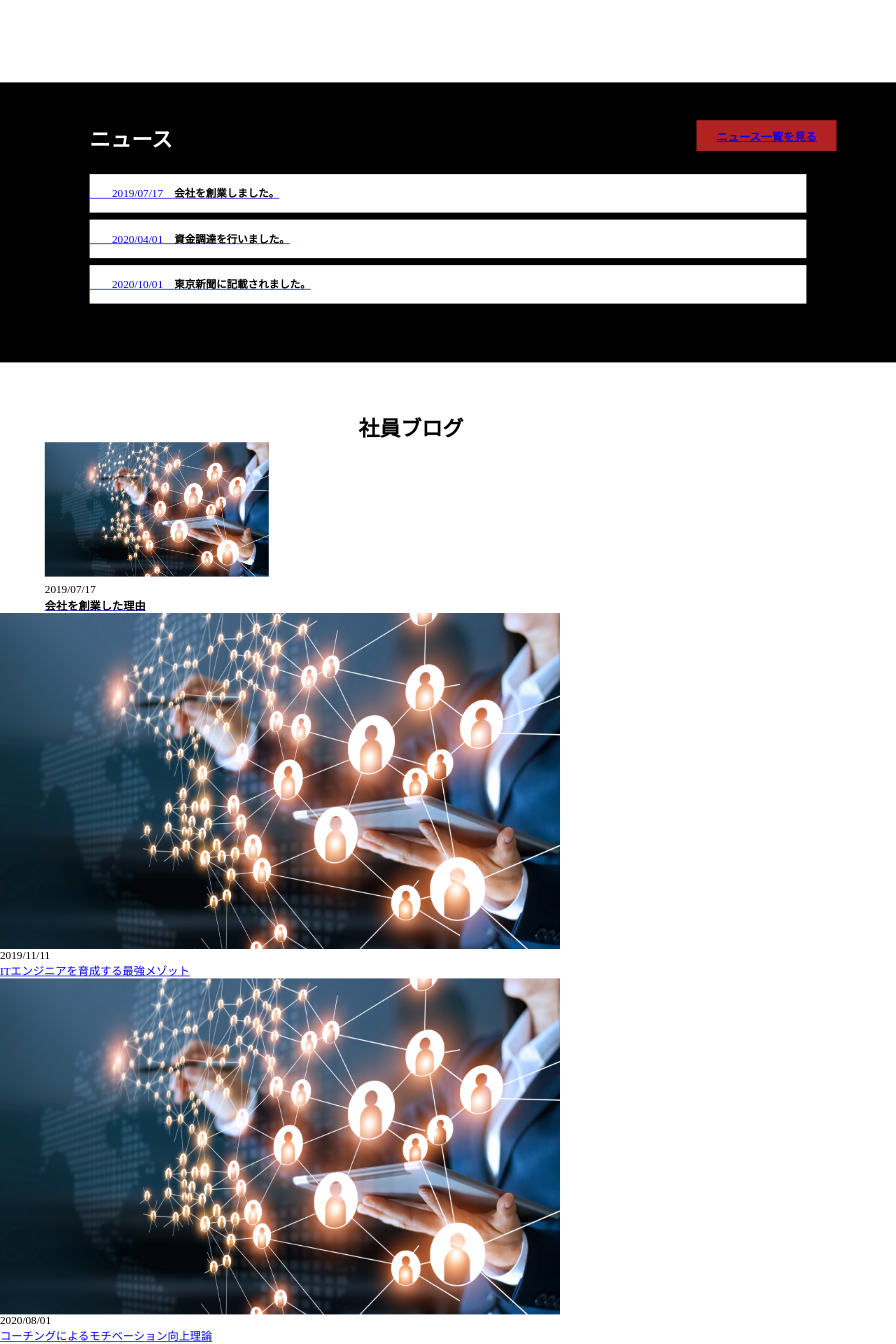
Repository: sigemasaasuka/20211012sigemasa
Page: index.html
The author's editor kept a copy of each file at every save. The page is drawn from the files as they stood at one save, then again after the next save.
The browser window is 1280 px wide. The pictures show the part of the page from y = 1894 to 3814 px (the page is 3814 px tall before and 3526 px after), at 70% of full size.

Above is the page before, as saved 2021-10-19 17:43:13.

After the next save:
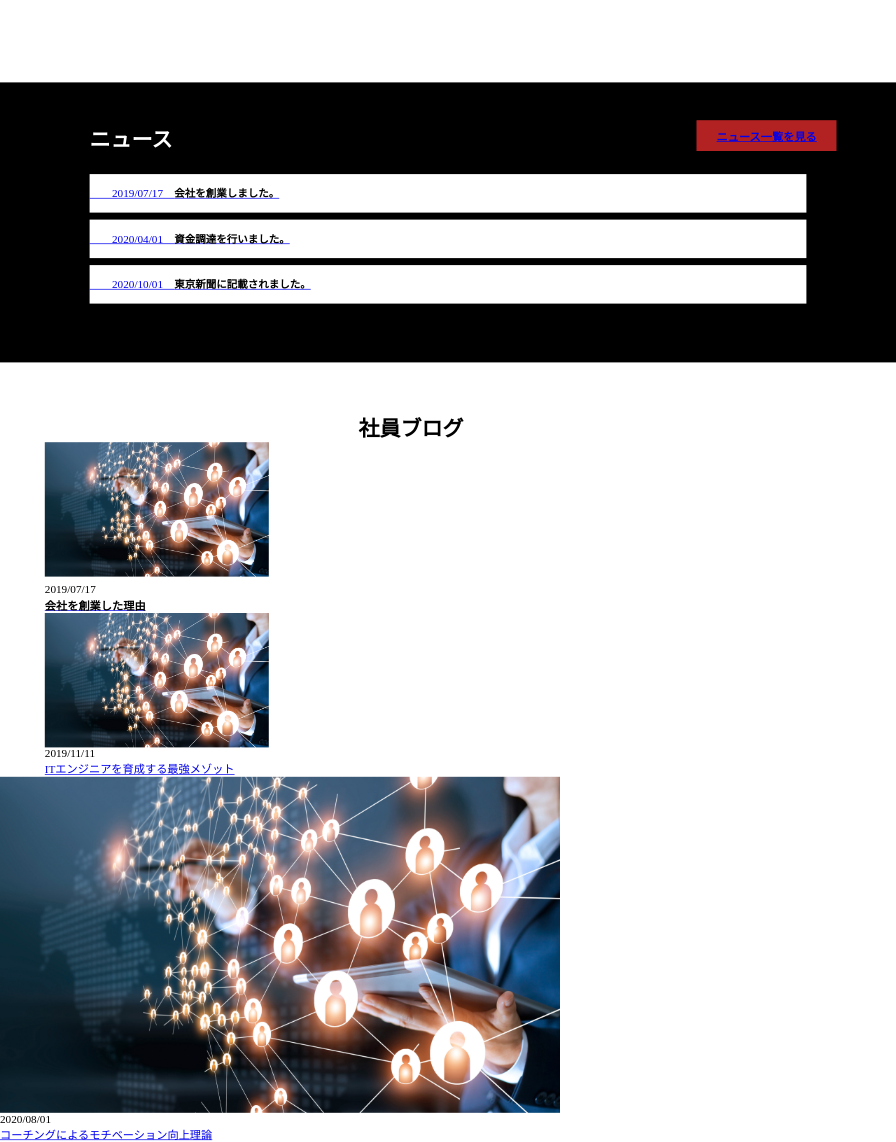
Saved 19 s later.
--- a/index.html
+++ b/index.html
@@ -115,7 +115,7 @@
           <p class="reason">2019/07/17</p>
           <a href="index.html"><p class="reason2">会社を創業した理由</p></a>
         </div>
-        <div class="reason-png1">
+        <div class="reason-png">
           <a href="index.html">
             <img src="img/blog.png" alt="blog">
           </a>

After the 3 saves that followed:
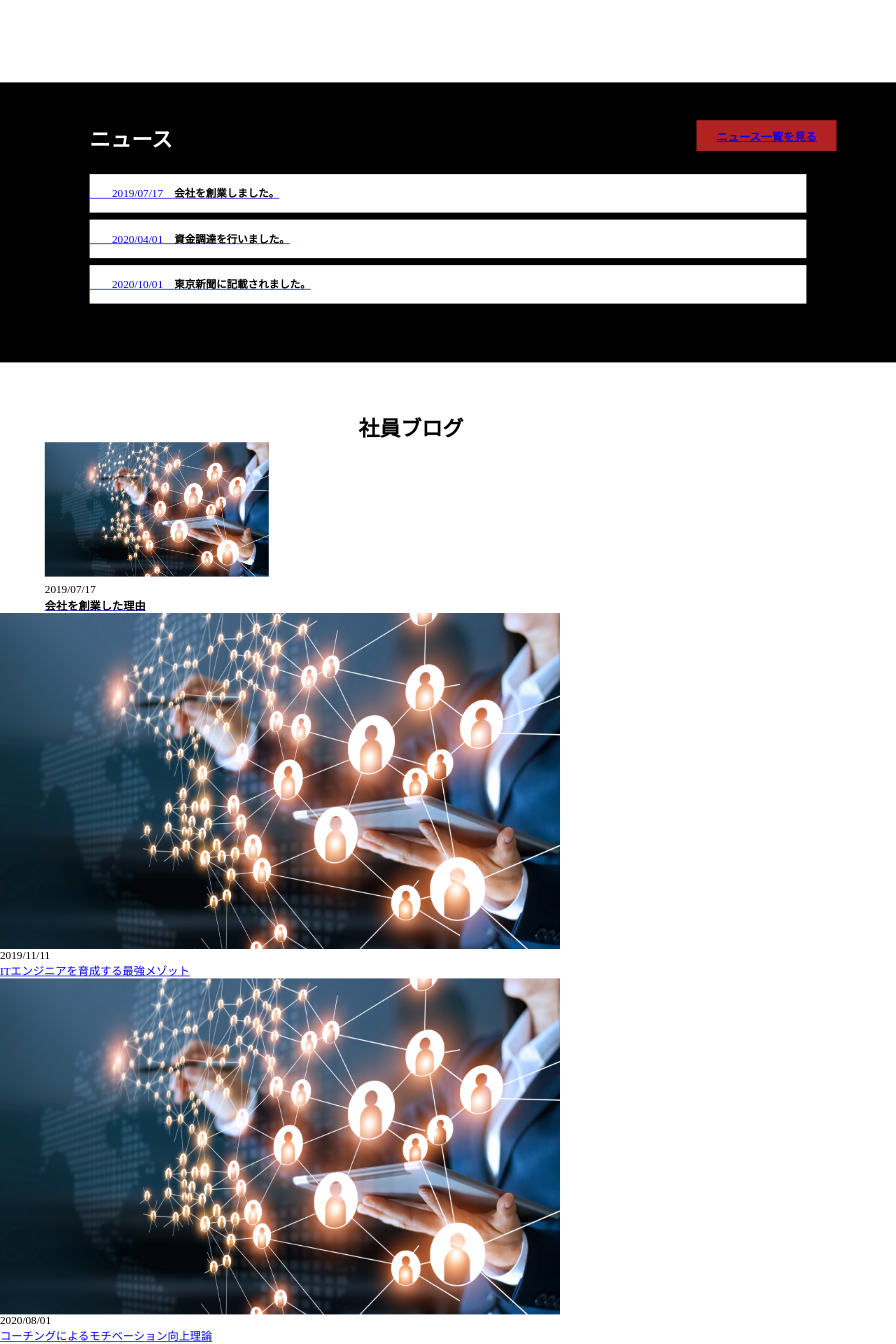
The 3 saves are shown as one change because they came seconds apart.
The last was saved 12 s later.
--- a/index.html
+++ b/index.html
@@ -115,7 +115,7 @@
           <p class="reason">2019/07/17</p>
           <a href="index.html"><p class="reason2">会社を創業した理由</p></a>
         </div>
-        <div class="reason-png">
+        <div class="nurturing-png">
           <a href="index.html">
             <img src="img/blog.png" alt="blog">
           </a>
